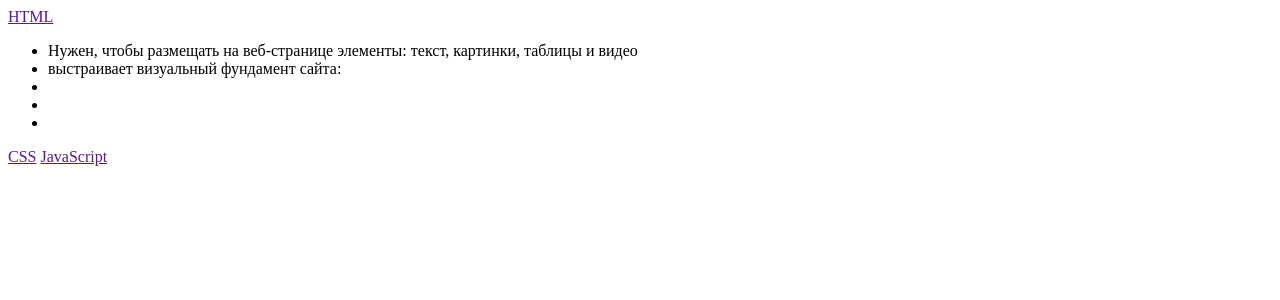
Repository: JonniRed/urban
Page: task1/second_page.html
These files come from the project's save history. The page is drawn as it stood at one moment and after the next save; the edit follows.
The browser window is 1280 px wide. The pictures show the whole page.

Above is the page before, as saved 2024-09-10 10:41:45.

After the next save:
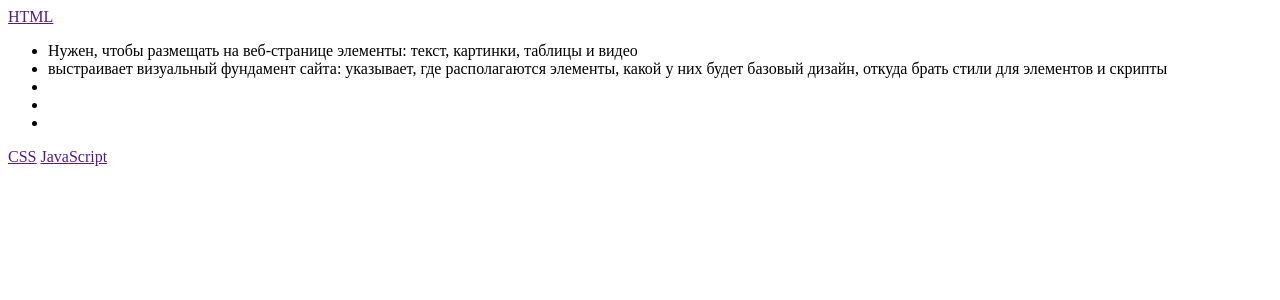
Saved 18 s later.
--- a/task1/second_page.html
+++ b/task1/second_page.html
@@ -13,7 +13,8 @@
       <a href="">HTML</a>
       <ul>
         <li>Нужен, чтобы размещать на веб-странице элементы: текст, картинки, таблицы и видео</li>
-        <li>выстраивает визуальный фундамент сайта: </li>
+        <li>выстраивает визуальный фундамент сайта: указывает, где располагаются элементы, какой у них будет базовый
+          дизайн, откуда брать стили для элементов и скрипты</li>
         <li></li>
         <li></li>
         <li></li>
